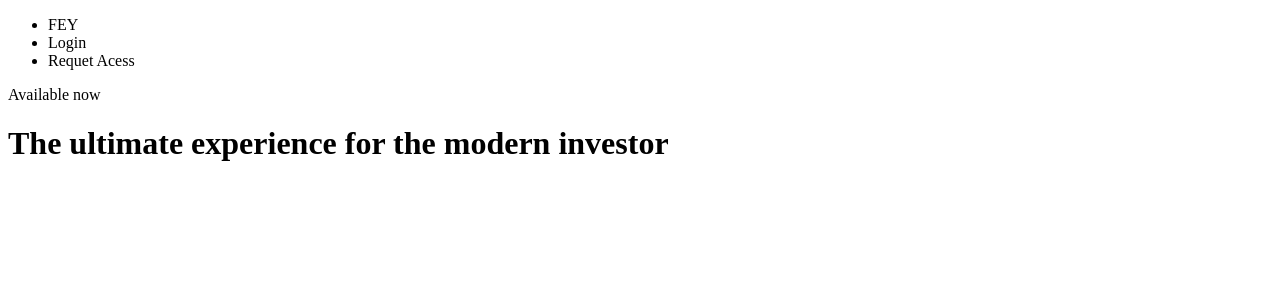
Repository: Arkitecth/Single_Page_Website
Page: index.html
These files come from the project's save history. The page is drawn as it stood at one moment and after the next save; the edit follows.
The browser window is 1280 px wide. The pictures show the whole page.

Above is the page before, as saved 2023-05-01 17:33:42.

After the next save:
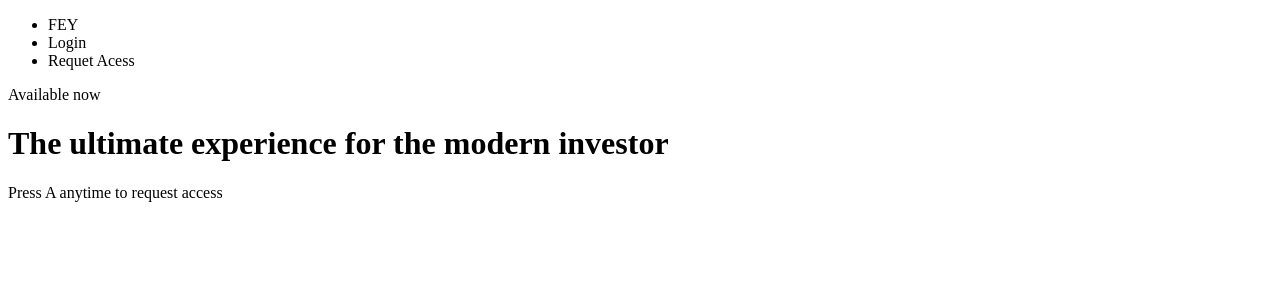
Saved 13 s later.
--- a/index.html
+++ b/index.html
@@ -18,6 +18,7 @@
     <div class="header">
         <p>Available now</p>
         <h1>The ultimate experience for the modern investor</h1>
+        <p>Press A anytime to request access</p>
     </div>
 </body>
 </html>
